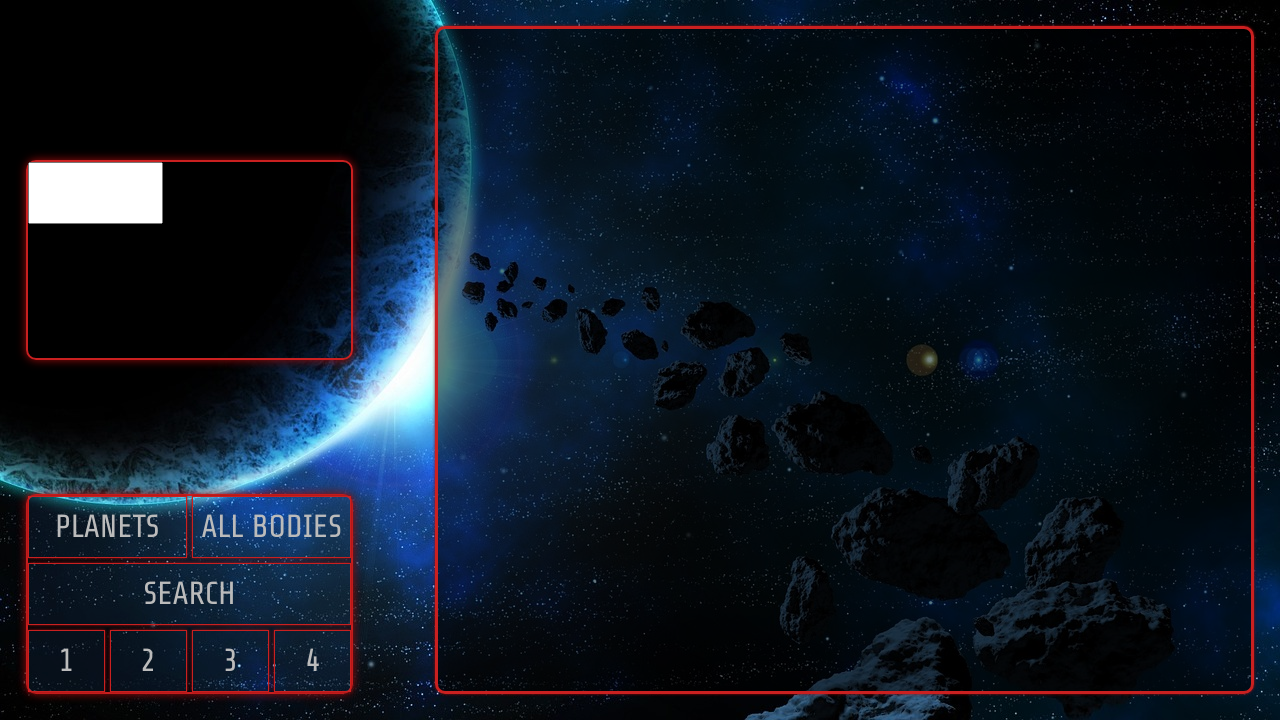
Repository: Przemek-Szadkowski/space-bodies
Page: /
These files come from the project's save history. The page is drawn as it stood at one moment and after the next save; the edit follows.
The browser window is 1280 px wide. The pictures show the whole page.
The page's requests for data from a server got no answer. The project was rebuilt for these pictures with package versions that can differ from the ones it lists, and the page was loaded fresh each time. No one was signed in, and anything a server would have sent is missing. Also part of the build but not shown: src/components/BodieRecord.js.

Above is the page before, as saved 2021-11-27 14:03:40.

After the next save:
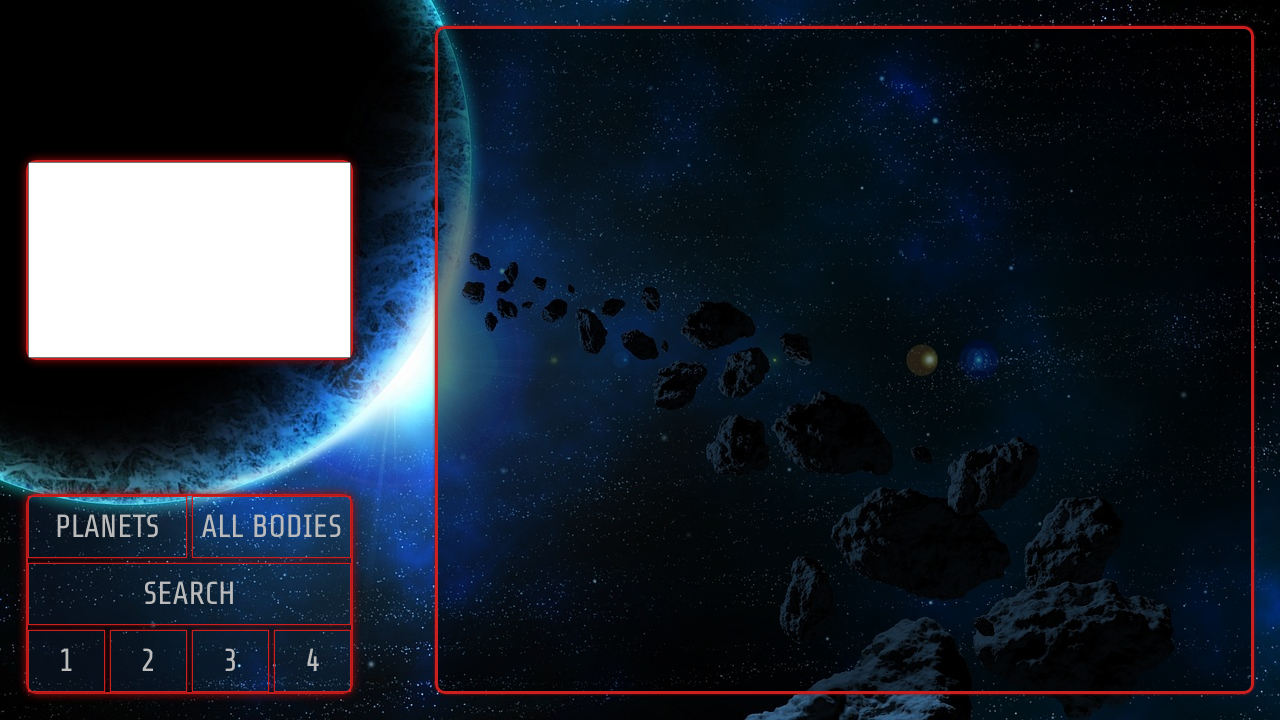
Saved 32 s later.
--- a/src/index.css
+++ b/src/index.css
@@ -147,10 +147,8 @@ main {
 
 .search {
   display: grid;
-  grid-template-columns: repeat(4, 1fr);
-  grid-template-rows: repeat(3, 1fr);
-  column-gap: 5px;
-  row-gap: 5px;
+  grid-template-columns: 1fr;
+  grid-template-rows: 1fr;
   align-self: end;
   justify-self: start;
   grid-area: 1/1/2/2;
